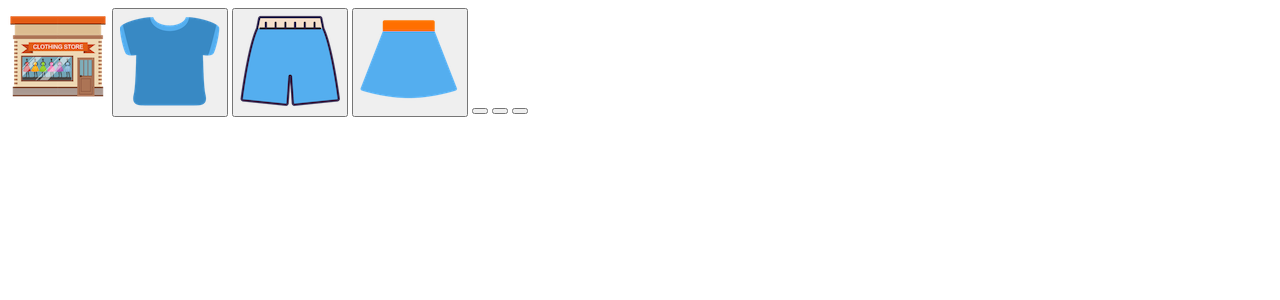
Repository: GoodHoneyCake/Dream_Coding_Academy1
Page: index.html
The author's editor kept a copy of each file at every save. The page is drawn from the files as they stood at one save, then again after the next save.
The browser window is 1280 px wide. The pictures show the whole page.

Above is the page before, as saved 2021-01-06 15:56:59.

### index.html
<!DOCTYPE html>
<html lang="en">
  <head>
    <meta charset="UTF-8" />
    <meta name="viewport" content="width=device-width, initial-scale=1.0" />
    <title>Online Shopping</title>
    <link rel="stylesheet" href="style.css" />
    <script src="src/main.js" defer></script>
  </head>
  <body>
    <!-- Logo -->
    <img src="img/logo.png" alt="Logo" class="logo" />
    <!-- Buttons -->
    <button class="btn">
      <img src="img/blue_t.png" alt="tshirt" class="imgBtn" />
    </button>
    <button class="btn">
      <img src="img/blue_p.png" alt="pants" class="imgBtn" />
    </button>
    <button class="btn">
      <img src="img/blue_s.png" alt="skirt" class="imgBtn" />
    </button>
    <button class="btn"></button>
    <button class="btn"></button>
    <button class="btn"></button>
    <!-- Items -->
  </body>
</html>

### style.css
:root {
  /* color */
  --color-black: #3f454d;
  --color-white: #ffffff;
  --color-blue: #3b88c3;
  --color-yellow: #fbbe28;
  --color-pink: #fd7f84;
  --color-light-grey: #dfdfdf;
}

* {
  box-sizing: border-box;
}

Loaded but not shown: src/main.js (no stored copy; drawn as an empty file)

After the next save:
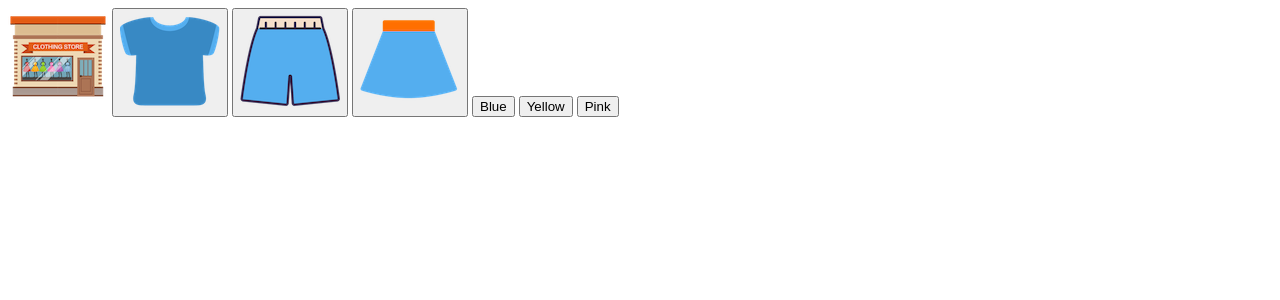
Saved 38 s later.
--- a/index.html
+++ b/index.html
@@ -20,9 +20,9 @@
     <button class="btn">
       <img src="img/blue_s.png" alt="skirt" class="imgBtn" />
     </button>
-    <button class="btn"></button>
-    <button class="btn"></button>
-    <button class="btn"></button>
+    <button class="btn colorBtn blue">Blue</button>
+    <button class="btn colorBtn yellow">Yellow</button>
+    <button class="btn colorBtn pink">Pink</button>
     <!-- Items -->
   </body>
 </html>
